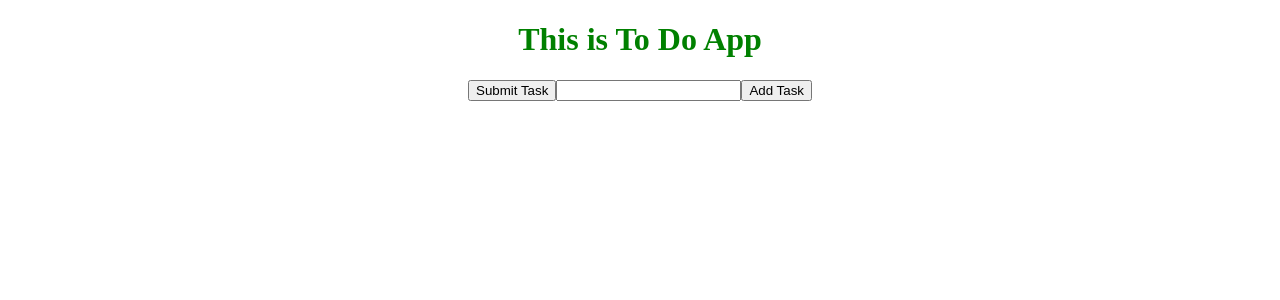
Repository: Gauravyadav678/GcounterApp
Page: / (app in gcounter/)
These files come from the project's save history. The page is drawn as it stood at one moment and after a run of saves; the edit follows.
The browser window is 1280 px wide. The pictures show the whole page.
The project was rebuilt for these pictures with package versions that can differ from the ones it lists, and the page was loaded fresh each time. Also part of the build but not shown: gcounter/src/index.css.

Above is the page before, as saved 2024-10-23 20:28:07.

### gcounter/public/index.html
<!DOCTYPE html>
<html lang="en">
  <head>
    <meta charset="utf-8" />

    <meta name="viewport" content="width=device-width, initial-scale=1" />
    <meta name="theme-color" content="#000000" />


  </head>
  <body>

    <div id="root"></div>
  </body>
</html>

### gcounter/src/App.js

import './App.css';
// import StopWatch from './components/stopWatch';
import TodoApp from './components/todoApp';
// import TypingWithG from './components/typing';
// import CounterApp from './counter';


function App() {
  return (
    <div className="App">
      <>
      {/* <h1>This is the counter App</h1> */}
      {/* <CounterApp/>
      <TypingWithG/> */}
      {/* <StopWatch/> */}
      <TodoApp/>
      </>
    </div>
  );
}

export default App;

### gcounter/src/App.css
.App{
  text-align: center;
  color: green;
}

### gcounter/src/components/todoApp.js

import React, {useState , useEffect} from "react";

function TodoApp(){
    const [task,setTask]=useState("");
    const [tasks,setTasks]=useState([]);
    const [isinputVisible, setInputVisible]=useState(false);

    const addTask =  () => {
     setTasks([...tasks, task]);
     setTask("");
    }
    const handleInputChange = (event) =>{
    setTask(event.target.value);
    }
    return(
        <>
        <h1>This is To Do App</h1>
        <ul>
        {tasks.map((item, index) => (
          <li key={index}>{item}</li>
        ))}
        </ul>
        <button onClick={addTask}>Submit Task</button>
        <input type="text" onChange={handleInputChange} value={task}></input>

        <button>Add Task</button>
        </>
    )
}

export default TodoApp;

Loaded but not shown: gcounter/src/index.js (common file); gcounter/src/reportWebVitals.js (common file)

After the next 4 saves:
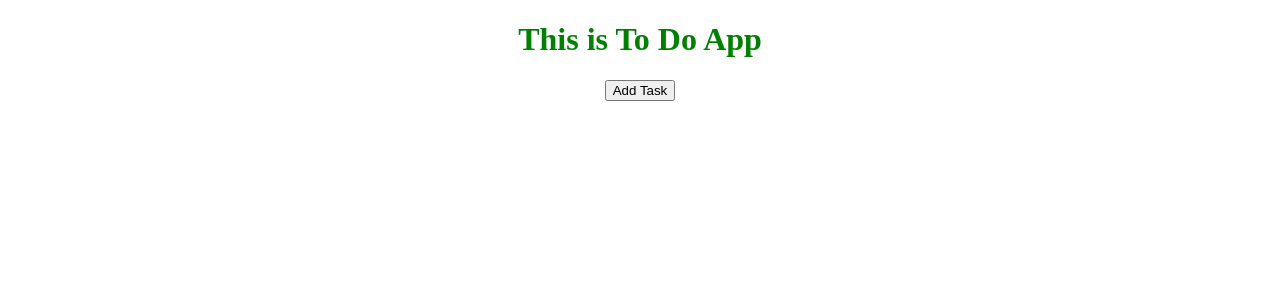
The 4 saves are shown as one change because 3 did not build or start.
The last was saved 4 min 17 s later.
--- a/gcounter/src/components/todoApp.js
+++ b/gcounter/src/components/todoApp.js
@@ -13,6 +13,10 @@ function TodoApp(){
     const handleInputChange = (event) =>{
     setTask(event.target.value);
     }
+
+    const showInput  = () =>{
+        setInputVisible(true);
+    }
     return(
         <>
         <h1>This is To Do App</h1>
@@ -21,10 +25,16 @@ function TodoApp(){
           <li key={index}>{item}</li>
         ))}
         </ul>
+
+
+        { isinputVisible  && (  <>
+        <input type="text" onChange={handleInputChange} value={task}></input>
         <button onClick={addTask}>Submit Task</button>
-        <input type="text" onChange={handleInputChange} value={task}></input>
+          </>)}
 
-        <button>Add Task</button>
+
+
+        <button onClick={showInput}>Add Task</button>
         </>
     )
 }
